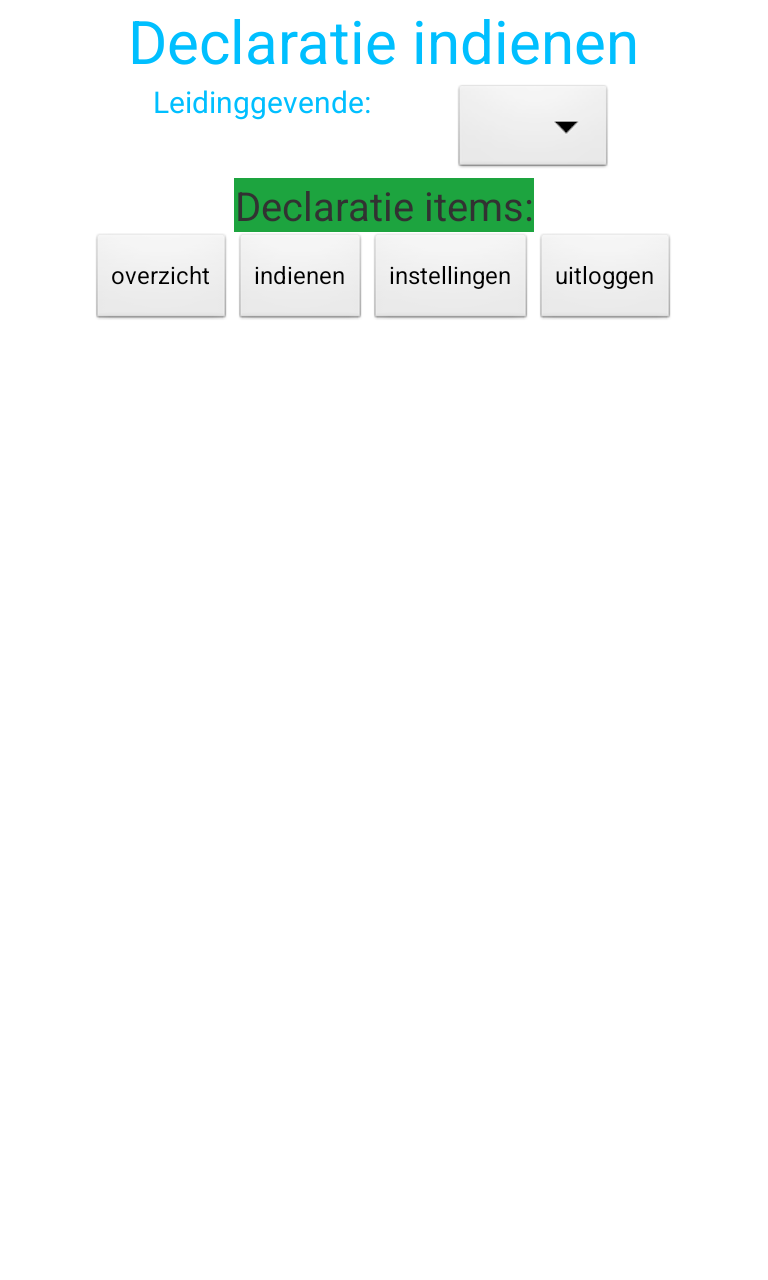
Repository: alexanderbolhuis/ilmoitus_mobile
Layout: LoginActivity/res/layout/activity_declare.xml
The author's editor kept a copy of each file at every save. The layout is drawn from the files as they stood at one save, then again after the next save.
It is drawn on a 768 x 1280 px phone screen (xhdpi) without system bars, with theme AppTheme; the app's code is not run.

Above is the layout before, as saved 2014-05-04 19:25:09.

After the next save:
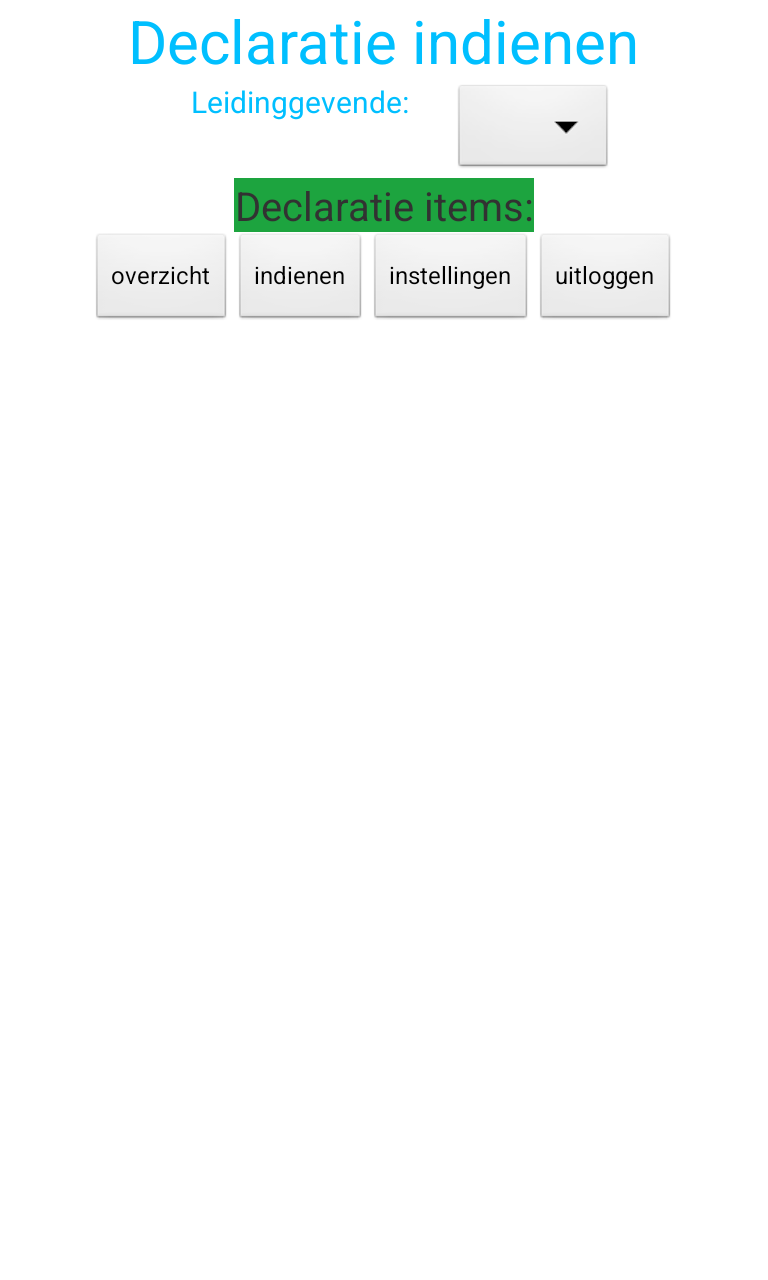
Saved 3 min 47 s later.
--- a/LoginActivity/res/layout/activity_declare.xml
+++ b/LoginActivity/res/layout/activity_declare.xml
@@ -31,7 +31,8 @@
                 android:layout_height="wrap_content"
                 android:text="Leidinggevende: "
                 android:textColor="#00BFFF"
-                android:textSize="15dp" />
+                android:textSize="15dp"
+                android:gravity="center"/>
 
             <Spinner
                 android:id="@+id/spinner1"
